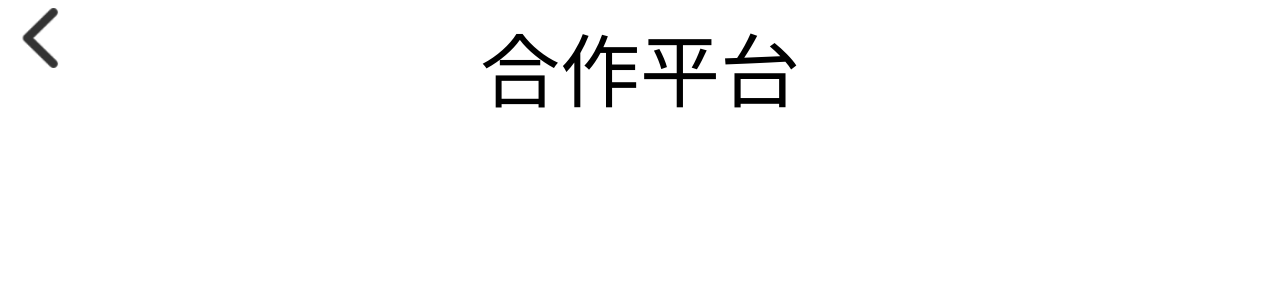
Repository: GgoodBoy/js-object
Page: jquery懒加载/platObj/platForm.html
An editor plug-in stored every save of this project. The page is shown before and after the next save, followed by the edit.
The browser window is 1280 px wide. The pictures show the whole page.
Some web libraries are served in a nearby version.

Above is the page before, as saved 2019-10-15 13:44:14.

### jquery懒加载/platObj/platForm.html
<!DOCTYPE html PUBLIC "-//WAPFORUM//DTD XHTML Mobile 1.0//EN" "http://www.wapforum.org/DTD/xhtml-mobile10.dtd">
<html>
<head>
  <meta charset="utf-8">
  <meta name="viewport" content="width=device-width,initial-scale=1.0,maximum-scale=1.0,minimum=1.0,user-scalable=no">
  <meta name="format-detection" content="telephone=no, email=no">
  <meta name="apple-mobile-web-app-capable" content="yes">
  <meta http-equiv="Content-Security-Policy" content="script-src 'self' *.alicdn.com *.qq.com *.wx.qq.com *.7moor.com * *.youfushuyuan.com *.xueguoxue.com *.sohu.com 'unsafe-inline' 'unsafe-eval'">

</head>

<body>
  <div id="platFormId">
    <div class="titleNav">
        <img class="imgInf" src="./img/returnImg.png"/>
        合作平台
    </div>
    <div class="platList"></div>
  </div>
</body>
<script src="http://libs.baidu.com/jquery/2.0.0/jquery.min.js"></script>
<script>
!(function(doc, win) {
    var docEle = doc.documentElement,
        evt = "onorientationchange" in window ? "orientationchange" : "resize",
        fn = function() {
            var width = docEle.clientWidth;
            width && (docEle.style.fontSize = Math.ceil(20 * (width / 320)) + "px");
        };

    win.addEventListener(evt, fn, false);
    doc.addEventListener("DOMContentLoaded", fn, false);

}(document, window));
</script>
<style>
html{
    -ms-text-size-adjust: 100%;
    -webkit-text-size-adjust: 100%;
    background: 0 0;
    color: #000;
    -moz-user-select: none;
    -khtml-user-select: none;
    user-select: none;
    width: 100%;
    height: 100%;
}
#platFormId{
    position: relative;
}
#platFormId .titleNav{
    text-align: center;
    width: 100%;
    height: 2.7rem;
}
#platFormId .titleNav .imgInf{
    position: absolute;
    left: 0;
    width: 0.75rem;
}

</style>
</html>

After the next save:
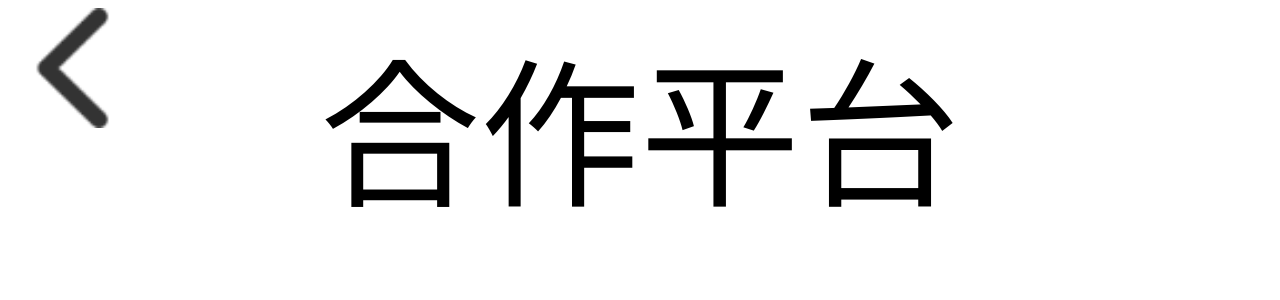
Saved 87 s later.
--- a/jquery懒加载/platObj/platForm.html
+++ b/jquery懒加载/platObj/platForm.html
@@ -25,7 +25,7 @@
         evt = "onorientationchange" in window ? "orientationchange" : "resize",
         fn = function() {
             var width = docEle.clientWidth;
-            width && (docEle.style.fontSize = Math.ceil(20 * (width / 320)) + "px");
+            width && (docEle.style.fontSize = Math.ceil(40 * (width / 320)) + "px");
         };
 
     win.addEventListener(evt, fn, false);
